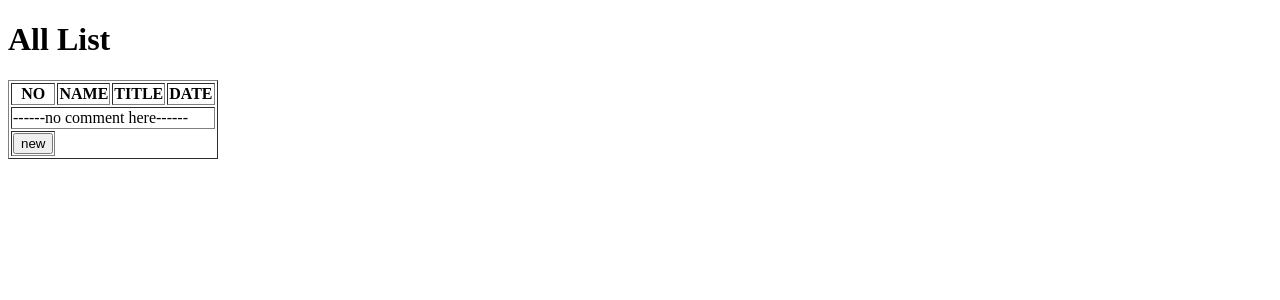
Repository: Dasommm/SpringFramework
Page: http://localhost/springMVC05_update_jdbc/list.do
These files come from the project's save history. The page is drawn as it stood at one moment and after the next save; the edit follows.
The browser window is 1280 px wide. The pictures show the whole page.
The page is served by Tomcat 9. Other server files are loaded and not shown. Queries for data that is not in the repository find no rows.

Above is the page before, as saved 2020-03-31 08:11:30.

### springMVC05_update_jdbc/src/main/webapp/WEB-INF/views/jdbclist.jsp
<%@ page language="java" contentType="text/html; charset=UTF-8"
    pageEncoding="UTF-8"%>
<%@ taglib prefix="c" uri="http://java.sun.com/jsp/jstl/core" %>
<!DOCTYPE html>
<html>
<head>
<meta charset="UTF-8">
<title>Insert title here</title>
</head>
<body>

<h1>All List</h1>

<table border="1">
	<thead>
		<tr>
			<th>NO</th>
			<th>NAME</th>
			<th>TITLE</th>
			<th>DATE</th>
		</tr>
	</thead>
	<tbody>
	<c:choose>
		<c:when test="${empty list }">
			<tr>
				<td colspan="4">------no comment here------</td>
			</tr>
		</c:when>
		<c:otherwise>
			<c:forEach items="${list }" var="list">
				<tr>
					<td>${list.seq }</td>
					<td>${list.writer }</td>
					<td>${list.title }</td>
					<td>${list.regdate }</td>
				</tr>
			</c:forEach>
		</c:otherwise>
	</c:choose>
	</tbody>
	<tfoot>
		<tr>
			<td>
				<input type="button" value="new" onclick="">
			</td>
		</tr>
	</tfoot>

</table>

</body>
</html>

### springMVC05_update_jdbc/src/main/java/com/mvc/update/model/dao/JdbcDaoImpl.java
package com.mvc.update.model.dao;

import java.sql.ResultSet;
import java.sql.SQLException;
import java.util.ArrayList;
import java.util.List;

import org.springframework.beans.factory.annotation.Autowired;
import org.springframework.jdbc.core.JdbcTemplate;
import org.springframework.jdbc.core.RowMapper;
import org.springframework.stereotype.Repository;

import com.mvc.update.model.dto.JdbcDto;

@Repository
public class JdbcDaoImpl implements JdbcDao {

	@Autowired
	private JdbcTemplate jdbcTemplate;

	@Override
	public List<JdbcDto> selectList() {

		List<JdbcDto> list = new ArrayList<JdbcDto>();
		String sql = " SELECT * FROM JDBCBOARD ORDER BY SEQ DESC ";

		list = jdbcTemplate.query(sql, new RowMapper<JdbcDto>() {

			@Override
			public JdbcDto mapRow(ResultSet rs, int rowNum) throws SQLException {
				JdbcDto dto = new JdbcDto();
				dto.setSeq(rs.getInt(1));
				dto.setWriter(rs.getString(2));
				dto.setTitle(rs.getString(3));
				dto.setContent(rs.getString(4));
				dto.setRegdate(rs.getDate(5));
				return dto;
			}
		});

		return list;
	}

	@Override
	public JdbcDto selectOne(int seq) {
		// TODO Auto-generated method stub
		return null;
	}

	@Override
	public int insert(JdbcDto dto) {
		// TODO Auto-generated method stub
		return 0;
	}

	@Override
	public int update(JdbcDto dto) {
		// TODO Auto-generated method stub
		return 0;
	}

	@Override
	public int delete(int seq) {
		// TODO Auto-generated method stub
		return 0;
	}

}

After the next save:
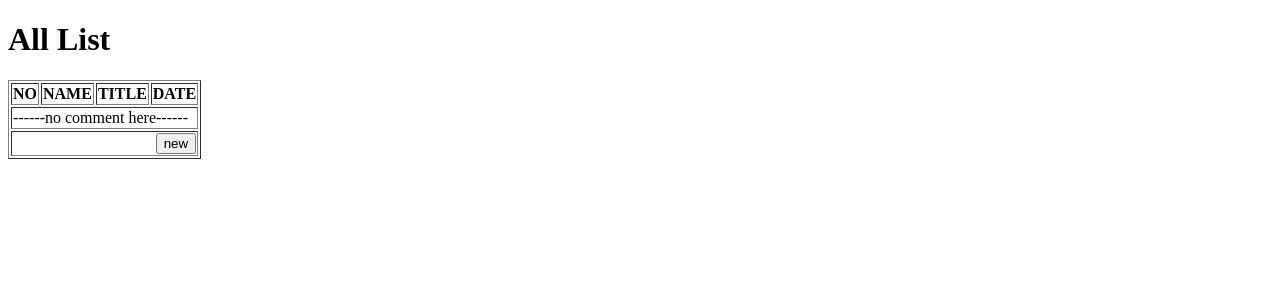
Saved 23 s later.
--- a/springMVC05_update_jdbc/src/main/webapp/WEB-INF/views/jdbclist.jsp
+++ b/springMVC05_update_jdbc/src/main/webapp/WEB-INF/views/jdbclist.jsp
@@ -41,7 +41,7 @@
 	</tbody>
 	<tfoot>
 		<tr>
-			<td>
+			<td colspan="4" align="right">
 				<input type="button" value="new" onclick="">
 			</td>
 		</tr>
